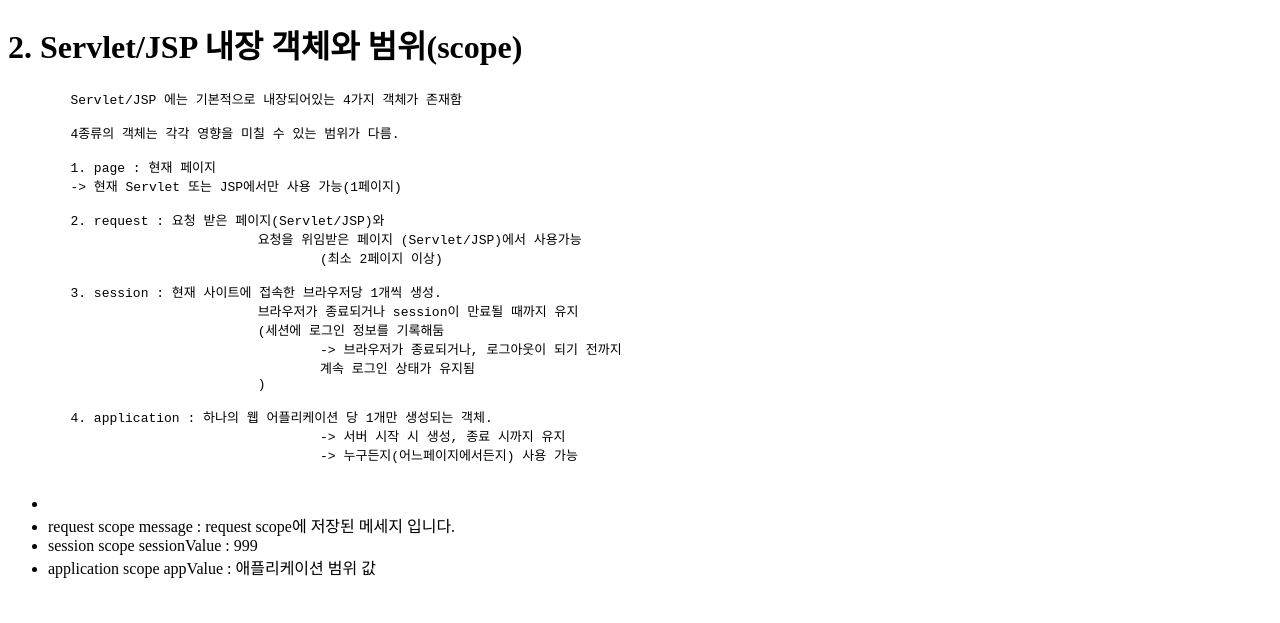
Repository: hyungjuIM/06_Server
Page: http://localhost/JSPProject2/scope
The author's editor kept a copy of each file at every save. The page is drawn from the files as they stood at one save, then again after the next save.
The browser window is 1280 px wide. The pictures show the whole page.
The page is served by Tomcat 9.

Above is the page before, as saved 2023-03-21 08:51:14.

After the next save:
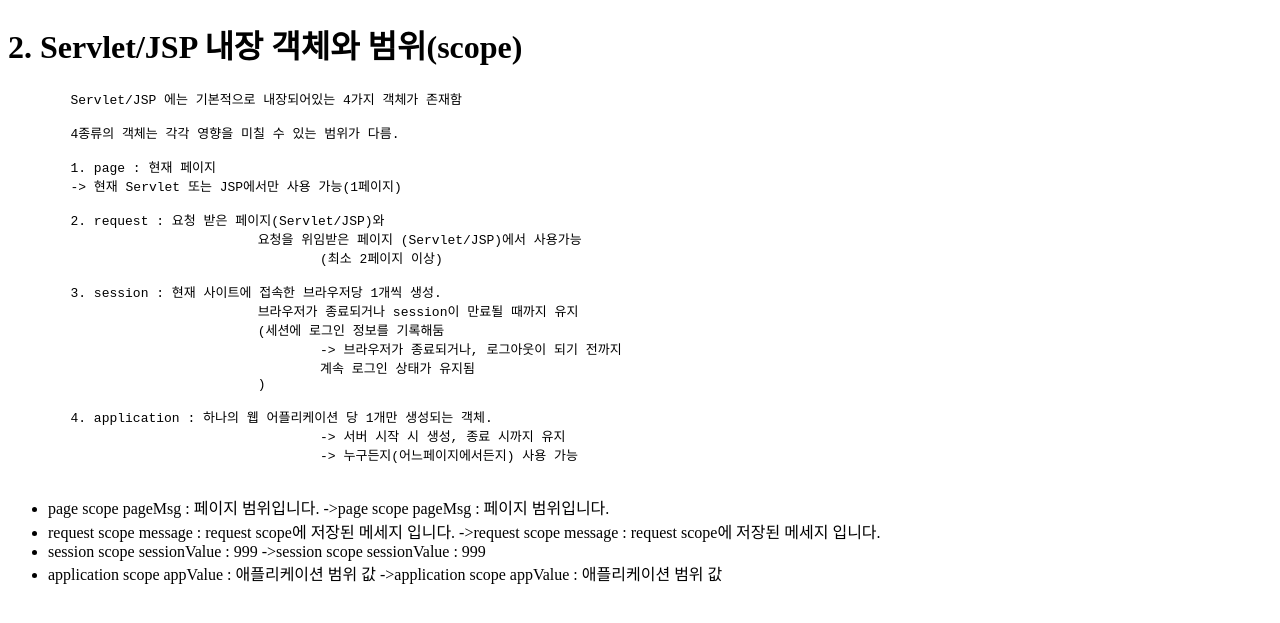
Saved 3 min 1 s later.
--- a/JSPProject2/src/main/webapp/WEB-INF/views/el/scope.jsp
+++ b/JSPProject2/src/main/webapp/WEB-INF/views/el/scope.jsp
@@ -35,15 +35,24 @@ pageEncoding="UTF-8" %>
     </pre>
 
     <ul>
-    	<li></li>
+    	<li>
+    		<%
+    			pageContext.setAttribute("pageMsg","페이지 범위입니다.");
+    		%>
+    		page scope pageMsg : ${pageMsg}
+    		->page scope pageMsg : 페이지 범위입니다.
+    	</li>
     	<li>
     		request scope message : ${message}
+    		->request scope message : request scope에 저장된 메세지 입니다.
     	</li>
     	<li>
     		session scope sessionValue : ${sessionValue}
+    		->session scope sessionValue : 999
     	</li>
     	<li>
     		application scope appValue : ${appValue}
+    		->application scope appValue : 애플리케이션 범위 값
     	</li>
     </ul>
 
